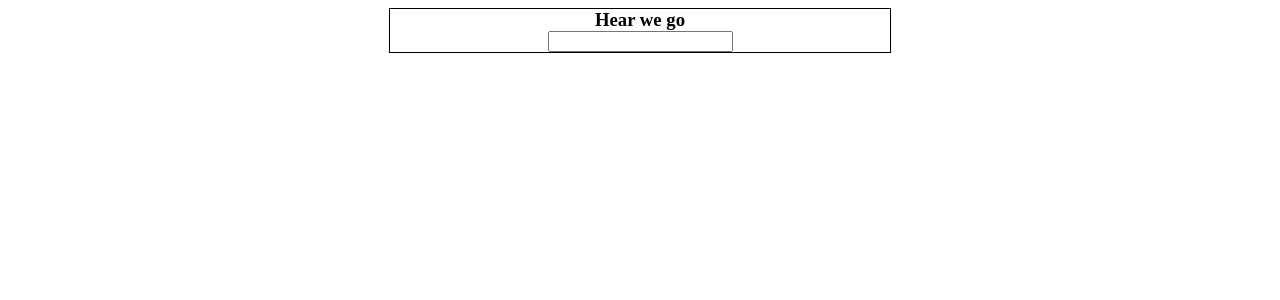
Repository: jn222rv/1dv403-laborationer
Page: 2-labbymezzage/index.html
The author's editor kept a record of every edit. The page is drawn from the files as they stood at one moment, then again after the next edit.
The browser window is 1280 px wide. The pictures show the whole page.

Above is the page before.

### 2-labbymezzage/index.html
<!DOCTYPE html>
<html>
    <head>
        <meta charset="UTF-8"/>
        <link rel="stylesheet" href="css/basic.css" type="text/css" />
        <title>Labby Message</title>
        <script type="text/javascript" src=""></script>
    </head>
    <body>
        <div>
            <h3>Hear we go</h3>
            <input type="textarea" name="messageArea"/>
        </div>
    </body>
</html>

### 2-labbymezzage/css/basic.css
div {
    width:500px;
    margin:0px auto;
    border:1px solid black;
    text-align:center;
}

h3 {
    display:block;
    margin:0px auto;
}

input {
    display:block;
    margin:0px auto;
}

After the next edit:
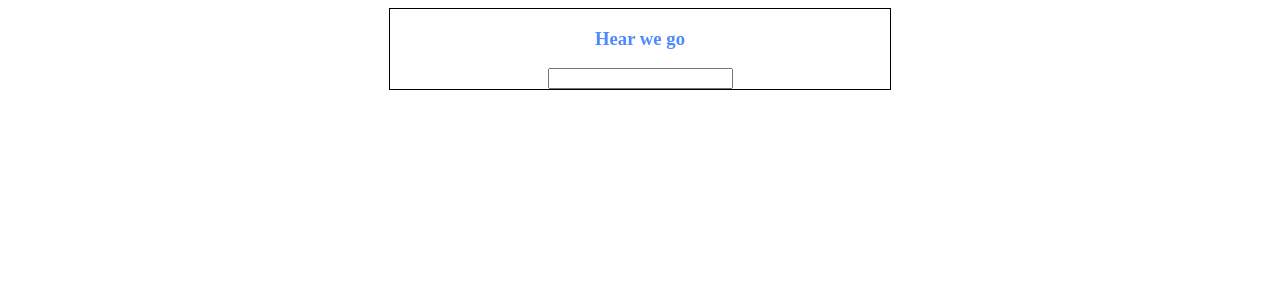
The edit:
--- a/2-labbymezzage/css/basic.css
+++ b/2-labbymezzage/css/basic.css
@@ -6,8 +6,7 @@
 }
 
 h3 {
-    display:block;
-    margin:0px auto;
+    color:#4C8AFF;
 }
 
 input {
